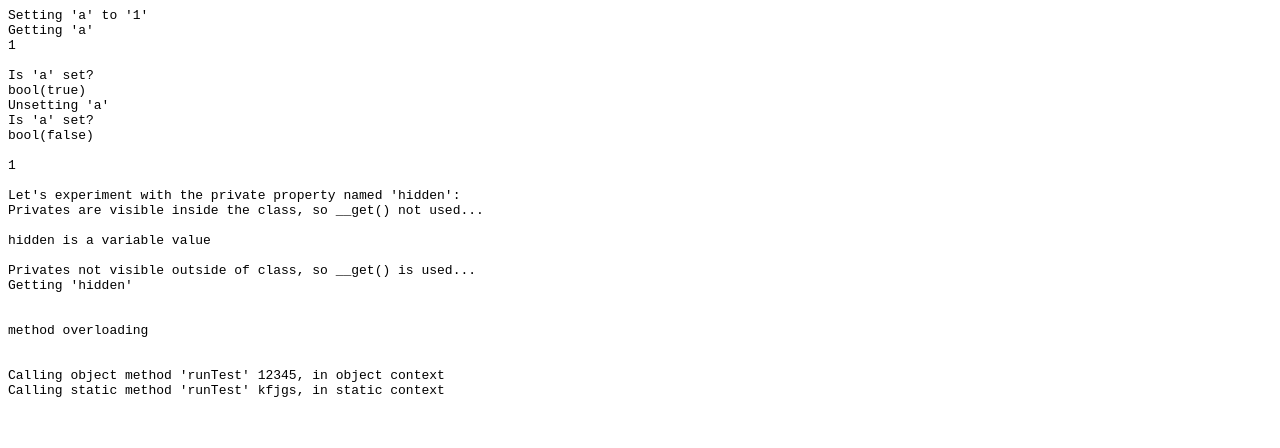
Repository: jyotsna1234/bugappmvc
Page: http://localhost/overloading.php
An editor plug-in stored every save of this project. The page is shown before and after the next save, followed by the edit.
The browser window is 1280 px wide. The pictures show the whole page.
The page is run by PHP 8.4 with error messages shown; the project is at /var/www/html/.

Above is the page before, as saved 2014-04-09 06:12:38.

### oops_php/overloading.php
<?php

 ini_set('displayerror', 1);

class PropertyTest
{
    /**  Location for overloaded data.  */
    private $data = array();

    /**  Overloading not used on declared properties.  */
    public $declared = 1;

    /**  Overloading only used on this when accessed outside the class.  */
    private $hidden = 'hidden';

    public function __set($name, $value)
    {
        echo "Setting '$name' to '$value'\n";
        $this->data[$name] = $value;
    }

    public function __get($name)
    {
        echo "Getting '$name'\n";
        if (array_key_exists($name, $this->data)) {
            return $this->data[$name];
        }

        return null;
    }

    /**  As of PHP 5.1.0  */
    public function __isset($name)
    {
        echo "Is '$name' set?\n";
        return isset($this->data[$name]);
    }

    /**  As of PHP 5.1.0  */
    public function __unset($name)
    {
        echo "Unsetting '$name'\n";
        unset($this->data[$name]);
    }

    /**  Not a magic method, just here for example.  */
    public function getHidden()
    {
        return $this->hidden;
    }
}

echo "<pre>\n";

$obj = new PropertyTest;

$obj->a = 1;
echo $obj->a . "\n\n";

var_dump(isset($obj->a));
unset($obj->a);
var_dump(isset($obj->a));
echo "\n";

echo $obj->declared . "\n\n";

echo "Let's experiment with the private property named 'hidden':\n";
echo "Privates are visible inside the class, so __get() not used...\n<br>";
echo $obj->getHidden() .  " is a variable value"."\n<br>";
echo "Privates not visible outside of class, so __get() is used...\n";
echo $obj->hidden . "\n\n";
 /* method overloading using call and a call_static*/
 echo "method overloading\n<br><br>";


class MethodTest
{
    public function __call($name, $arguments)
    {
        // Note: value of $name is case sensitive.
        echo "Calling object method '$name' "
             . implode(', ', $arguments). "\n";
    }

    /**  As of PHP 5.3.0  */
    public static function __callStatic($name, $arguments)
    {
        // Note: value of $name is case sensitive.
        echo "Calling static method '$name' "
             . implode(', ', $arguments). "\n";
    }
}

$obj = new MethodTest;
$obj->runTest('12345','in object context');

MethodTest::runTest('kfjgs','in static context');  // As of PHP 5.3.0





/*function overloading is not possible but ic an be done through call and call_static
 * class Overloading  {
	var $data;
	var $value;
	public function method1()
	{
	echo "enterd into method";

	}

}
$overload1=new Overloading();

  $overload1->method1();

 $overload1->method1('name','dale');

*/
?>

After the next save:
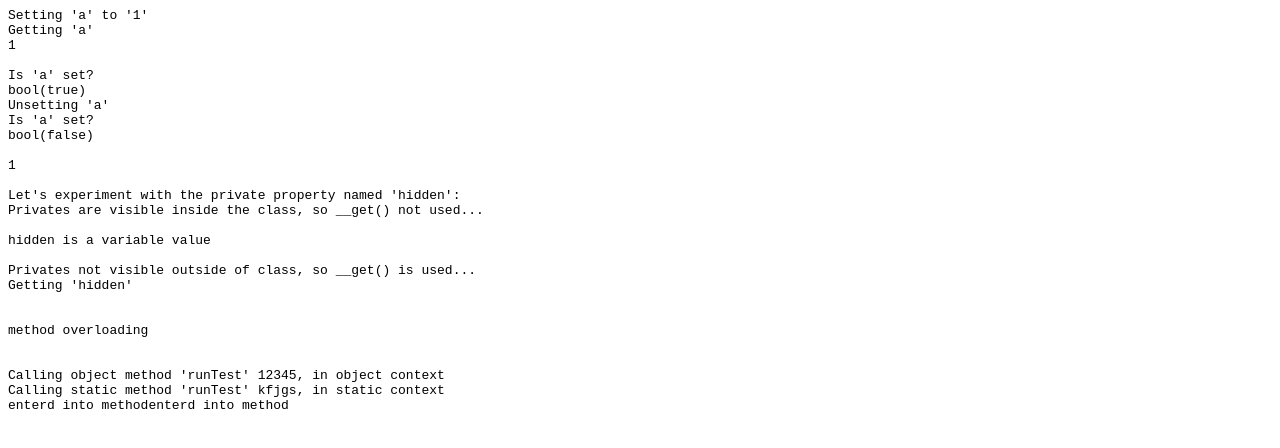
Saved 49 min 30 s later.
--- a/oops_php/overloading.php
+++ b/oops_php/overloading.php
@@ -101,7 +101,7 @@ MethodTest::runTest('kfjgs','in static context');  // As of PHP 5.3.0
 
 
 /*function overloading is not possible but ic an be done through call and call_static
- * class Overloading  {
+ * */class Overloading  {
 	var $data;
 	var $value;
 	public function method1()
@@ -117,5 +117,5 @@ $overload1=new Overloading();
 
  $overload1->method1('name','dale');
 
-*/
+
 ?>
